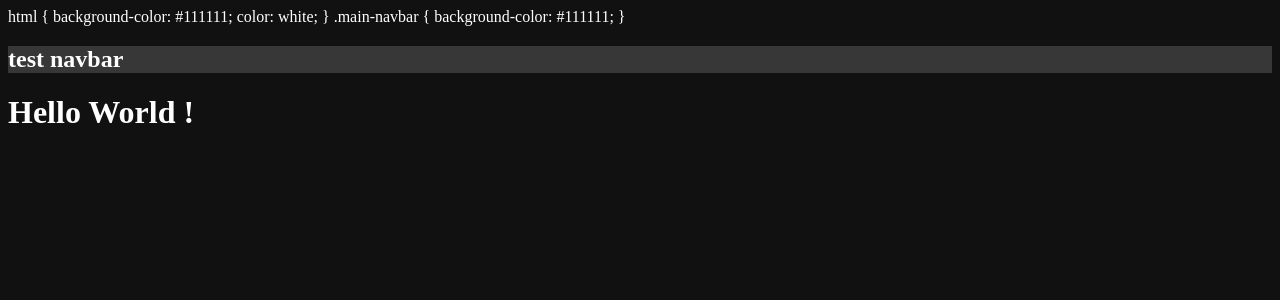
Repository: lolo298/lolo298.github.io
Page: index.html
These files come from the project's save history. The page is drawn as it stood at one moment and after the next save; the edit follows.
The browser window is 1280 px wide. The pictures show the whole page.

Above is the page before, as saved 2022-05-09 16:23:33.

After the next save:
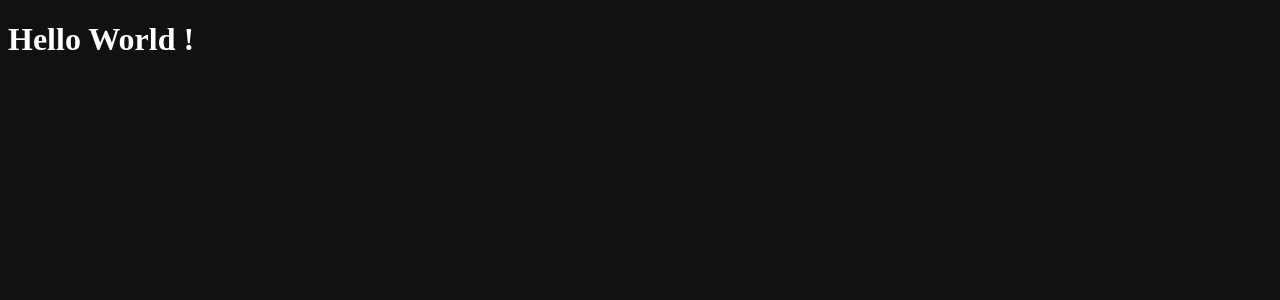
Saved 34 s later.
--- a/index.html
+++ b/index.html
@@ -1,12 +1,18 @@
-html { background-color: #111111; color: white; } .main-navbar { background-color: #111111; }
-<link rel="stylesheet" href="css/style.css">
-<title>Portfolio</title>
+<!DOCTYPE html>
+<html lang="en">
+
+<head>
+    <meta charset="UTF-8">
+    <meta http-equiv="X-UA-Compatible" content="IE=edge">
+    <meta name="viewport" content="width=device-width, initial-scale=1.0">
+    <link rel="stylesheet" href="css/style.css">
+    <title>Portfolio</title>
 </head>
 
 <body>
     <div class="main-container">
         <nav class="main-navbar">
-            <h2>test navbar</h2>
+
         </nav>
         <h1>Hello World !</h1>
 
